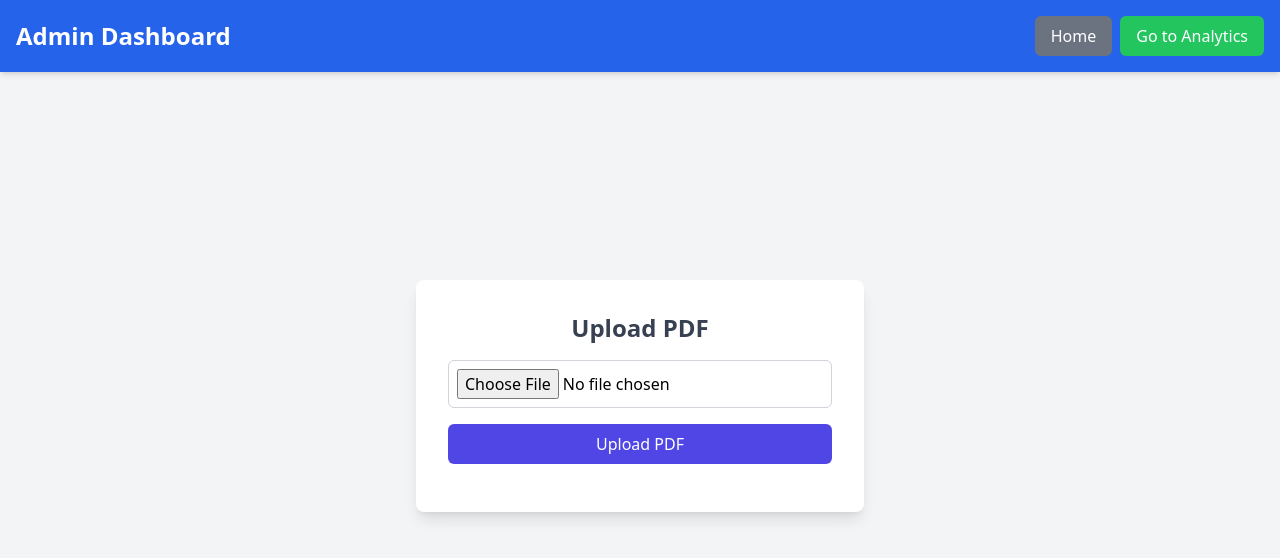
Repository: HackRx50/PS6-3k1P
Page: /admin (app in frontend/)
The author's editor kept a copy of each file at every save. The page is drawn from the files as they stood at one save, then again after the next save.
The browser window is 1280 px wide. The pictures show the whole page.
The project was rebuilt for these pictures with package versions that can differ from the ones it lists, and the page was loaded fresh each time. Also part of the build but not shown: frontend/vite.config.js, frontend/src/pages/User.jsx, frontend/src/components/Navbar.jsx, frontend/src/App.jsx, frontend/src/pages/Quiz.jsx.

Above is the page before, as saved 2024-09-19 23:42:21.

### frontend/src/main.jsx
import React from 'react';
import ReactDOM from 'react-dom/client';
import { BrowserRouter as Router, Routes, Route } from 'react-router-dom';
import './index.css';
import User from './pages/user';
import Admin from './pages/Admin';
import App from './App';
import Quiz from './pages/Quiz';

const root = ReactDOM.createRoot(document.getElementById('root'));
root.render(
  <React.StrictMode>
    <Router>
      <Routes>
          <Route path='/' element={<App/>}/>
          <Route path='/quiz' element={<Quiz/>}/>
          <Route path="/user" element={<User />} />
          <Route path="/admin" element={<Admin />} />
      </Routes>
    </Router>
  </React.StrictMode>
);

### frontend/src/pages/Admin.jsx
import React, { useState } from 'react';
import axios from 'axios';
import Navbar from '../components/navbar';


function Admin() {
  const [selectedFile, setSelectedFile] = useState(null);
  const [uploadStatus, setUploadStatus] = useState('');

  const handleFileChange = (e) => {
    setSelectedFile(e.target.files[0]);
  };

  const handleUpload = async () => {
    if (!selectedFile) {
      setUploadStatus('Please select a PDF file.');
      return;
    }

    const formData = new FormData();
    formData.append('pdf', selectedFile);

    try {
      const response = await axios.post(import.meta.env.VITE_BACKEND_URL + '/upload_pdf', formData, {
        headers: {
          'Content-Type': 'multipart/form-data',
        },
      });

      if (response.status === 200) {
        setUploadStatus('PDF uploaded successfully!');
      }
    } catch (error) {
      setUploadStatus('Error uploading PDF. Please try again.');
    }
  };

  const navigateToAnalytics = () => {
    window.location.href = '/analytics';
  };

  const navigateToHome = () => {
    window.location.href = '/';
  };

  return (
    <div className="min-h-screen flex flex-col bg-gray-100">
      <nav className="bg-blue-600 p-4 shadow-md">
        <div className="container mx-auto flex justify-between items-center">
          <h1 className="text-white text-2xl font-bold">Admin Dashboard</h1>
          <div>
            <button
              onClick={navigateToHome}
              className="px-4 py-2 bg-gray-500 text-white rounded-md mr-2 hover:bg-gray-600 transition duration-300"
            >
              Home
            </button>
            <button
              onClick={navigateToAnalytics}
              className="px-4 py-2 bg-green-500 text-white rounded-md hover:bg-green-600 transition duration-300"
            >
              Go to Analytics
            </button>
          </div>
        </div>
      </nav>

      <div className="flex-grow flex flex-col items-center justify-center p-6">
        <div className="bg-white shadow-lg rounded-lg p-8 w-full max-w-md">
          <h2 className="text-2xl font-bold mb-4 text-center text-gray-700">Upload PDF</h2>

          <div className="mb-4">
            <input
              type="file"
              accept="application/pdf"
              onChange={handleFileChange}
              className="w-full p-2 border border-gray-300 rounded-md focus:outline-none focus:ring-2 focus:ring-blue-500"
            />
          </div>

          <button
            onClick={handleUpload}
            className="w-full px-4 py-2 bg-indigo-600 text-white rounded-md mb-4 hover:bg-indigo-700 transition duration-300"
          >
            Upload PDF
          </button>

          {uploadStatus && <p className="mt-4 text-center text-gray-600">{uploadStatus}</p>}
        </div>
      </div>
    </div>
  );
}

export default Admin;

Loaded but not shown: frontend/index.html (common file); frontend/src/index.css (common file); frontend/tailwind.config.js (common file)

After the next save:
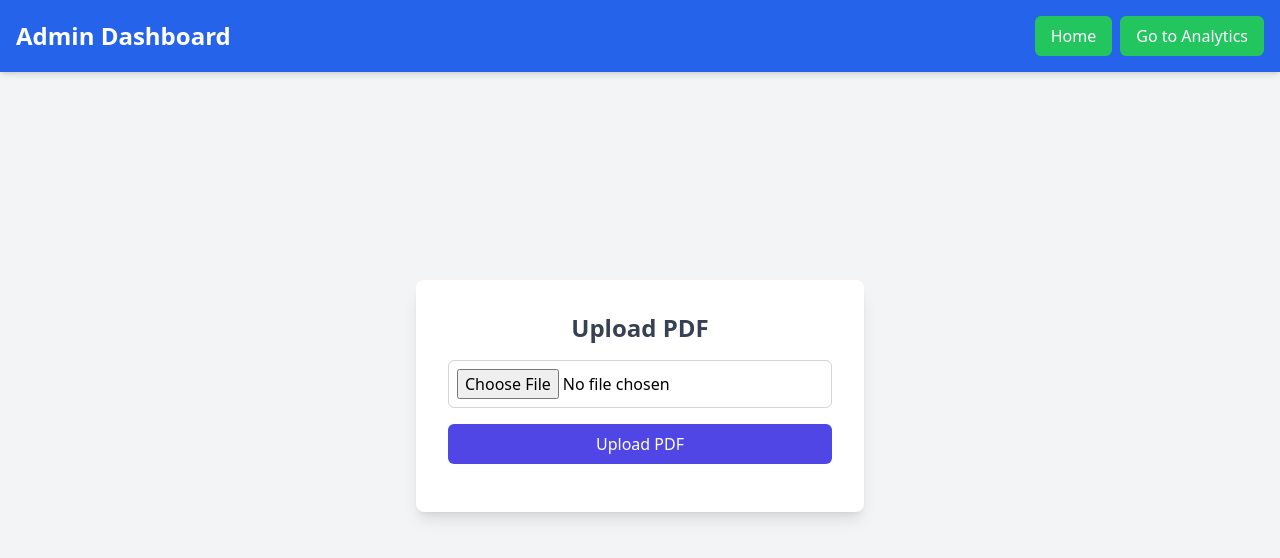
Saved 11 s later.
--- a/frontend/src/pages/Admin.jsx
+++ b/frontend/src/pages/Admin.jsx
@@ -51,7 +51,7 @@ function Admin() {
           <div>
             <button
               onClick={navigateToHome}
-              className="px-4 py-2 bg-gray-500 text-white rounded-md mr-2 hover:bg-gray-600 transition duration-300"
+              className="px-4 py-2 bg-green-500 text-white rounded-md mr-2 hover:bg-gray-600 transition duration-300"
             >
               Home
             </button>
